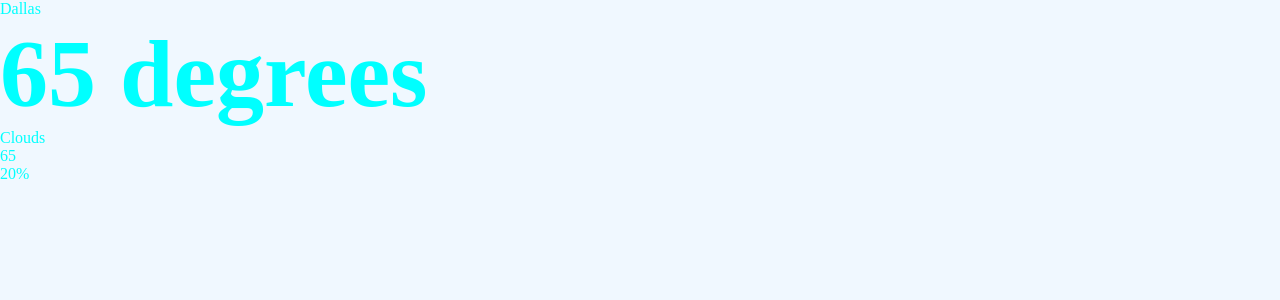
Repository: cakuang1/kanyequotes
Page: /
An editor plug-in stored every save of this project. The page is shown before and after the next save, followed by the edit.
The browser window is 1280 px wide. The pictures show the whole page.
The project was rebuilt for these pictures with package versions that can differ from the ones it lists, and the page was loaded fresh each time.

Above is the page before, as saved 2022-07-16 15:24:48.

After the next save:
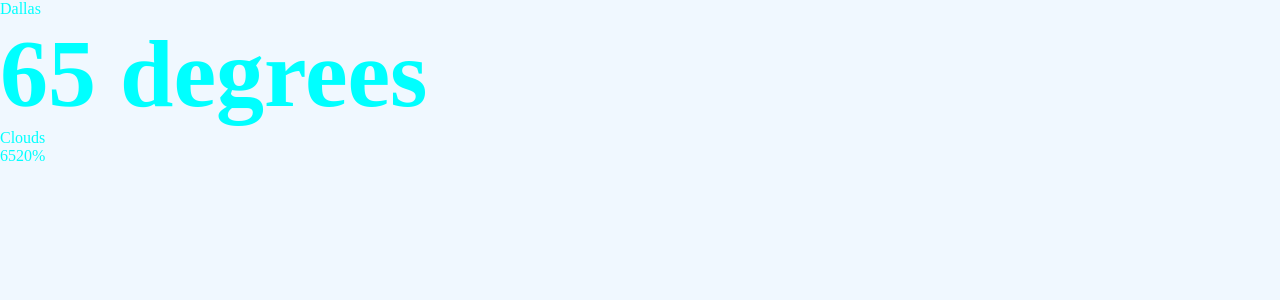
Saved 12 s later.
--- a/src/App.js
+++ b/src/App.js
@@ -21,7 +21,7 @@ function App() {
               <p>Clouds</p>
             </div>
           </div>
-          <div className='bottome'>
+          <div className='bottom'>
             <div  className = "feels">
               <p>65</p>
             </div>
